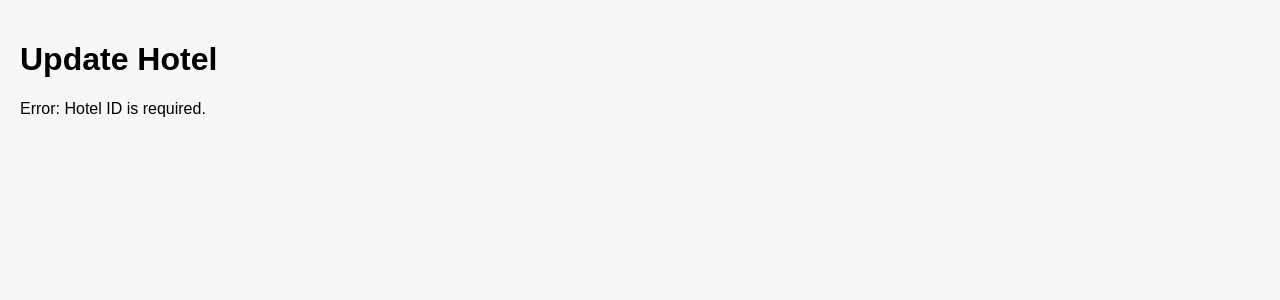
Repository: Trikisalem/examentp_jakarta
Page: http://localhost/hotel/admin/addHotel.jsp
The author's editor kept a copy of each file at every save. The page is drawn from the files as they stood at one save, then again after the next save.
The browser window is 1280 px wide. The pictures show the whole page.
The page is served by Tomcat 10. Nobody is signed in. The application's start-up code is not run. Other server files are loaded and not shown.

Above is the page before, as saved 2024-12-16 23:30:50.

### hotel/src/main/webapp/admin/addHotel.jsp
<%@ page language="java" contentType="text/html; charset=UTF-8" pageEncoding="UTF-8"%>
<%@ page import="java.sql.*" %>
<%@ page import="java.util.*" %>
<!DOCTYPE html>
<html lang="en">
<head>
    <meta charset="UTF-8">
    <meta name="viewport" content="width=device-width, initial-scale=1.0">
    <title>Update Hotel</title>
    <style>
        body {
            font-family: 'Arial', sans-serif;
            background-color: #f7f7f7;
            margin: 0;
            padding: 20px;
        }
        form {
            max-width: 600px;
            margin: auto;
            background-color: #fff;
            padding: 20px;
            border-radius: 8px;
            box-shadow: 0px 4px 6px rgba(0, 0, 0, 0.1);
        }
        input, textarea {
            width: 100%;
            padding: 10px;
            margin-bottom: 10px;
            border: 1px solid #ddd;
            border-radius: 4px;
        }
        button {
            background-color: #2196F3;
            color: white;
            padding: 10px;
            border: none;
            border-radius: 4px;
            cursor: pointer;
            width: 100%;
        }
        button:hover {
            background-color: #0b7dda;
        }
    </style>
</head>
<body>

<h1>Update Hotel</h1>

<%
    // Récupérer l'ID de l'hôtel depuis la requête
    String hotelIdStr = request.getParameter("hotelId");

    if (hotelIdStr == null || hotelIdStr.trim().isEmpty()) {
        out.println("<p>Error: Hotel ID is required.</p>");
        return; // Arrêter l'exécution si l'ID est manquant
    }

    int hotelId = Integer.parseInt(hotelIdStr);

    // Connexion à la base de données pour récupérer les détails de l'hôtel
    String url = "jdbc:mysql://localhost:3306/hotel_management";
    String user = "root";
    String password = "triki";
    Connection conn = null;
    PreparedStatement stmt = null;
    ResultSet rs = null;

    try {
        Class.forName("com.mysql.cj.jdbc.Driver");
        conn = DriverManager.getConnection(url, user, password);

        // Récupérer les informations de l'hôtel à mettre à jour
        String query = "SELECT * FROM Hotel WHERE id = ?";
        stmt = conn.prepareStatement(query);
        stmt.setInt(1, hotelId);
        rs = stmt.executeQuery();

        if (rs.next()) {
            String name = rs.getString("name");
            String city = rs.getString("city");
            int stars = rs.getInt("stars");
            String description = rs.getString("description");
            String image = rs.getString("image");
%>

<form method="post" action="updateHotel.jsp">
    <input type="hidden" name="hotelId" value="<%= hotelId %>" />
    <input type="text" name="name" value="<%= name %>" required />
    <input type="text" name="city" value="<%= city %>" required />
    <input type="number" name="stars" value="<%= stars %>" required />
    <textarea name="description" required><%= description %></textarea>
    <input type="text" name="image" value="<%= image %>" required />
    <button type="submit">Update Hotel</button>
</form>

<%
        } else {
            out.println("<p>Hotel not found.</p>");
        }

    } catch (Exception e) {
        e.printStackTrace();
        out.println("<p>Error: " + e.getMessage() + "</p>");
    } finally {
        if (rs != null) try { rs.close(); } catch (SQLException e) {}
        if (stmt != null) try { stmt.close(); } catch (SQLException e) {}
        if (conn != null) try { conn.close(); } catch (SQLException e) {}
    }
%>

<%
    // Traitement du formulaire de mise à jour
    if ("POST".equalsIgnoreCase(request.getMethod())) {
        String name = request.getParameter("name");
        String city = request.getParameter("city");
        String starsStr = request.getParameter("stars");
        String description = request.getParameter("description");
        String image = request.getParameter("image");
        String hotelIdToUpdate = request.getParameter("hotelId");

        if (hotelIdToUpdate == null || hotelIdToUpdate.trim().isEmpty()) {
            out.println("<p>Error: Hotel ID is required.</p>");
            return;
        }

        int stars = Integer.parseInt(starsStr);
        int hotelIdInt = Integer.parseInt(hotelIdToUpdate);

        try {
            conn = DriverManager.getConnection(url, user, password);
            String updateQuery = "UPDATE Hotel SET name = ?, city = ?, stars = ?, description = ?, image = ? WHERE id = ?";
            stmt = conn.prepareStatement(updateQuery);
            stmt.setString(1, name);
            stmt.setString(2, city);
            stmt.setInt(3, stars);
            stmt.setString(4, description);
            stmt.setString(5, image);
            stmt.setInt(6, hotelIdInt);

            int result = stmt.executeUpdate();
            if (result > 0) {
                out.println("<p>Hotel updated successfully!</p>");
            } else {
                out.println("<p>Error updating hotel.</p>");
            }

        } catch (Exception e) {
            e.printStackTrace();
            out.println("<p>Error: " + e.getMessage() + "</p>");
        } finally {
            if (stmt != null) try { stmt.close(); } catch (SQLException e) {}
            if (conn != null) try { conn.close(); } catch (SQLException e) {}
        }
    }
%>

</body>
</html>

After the next save:
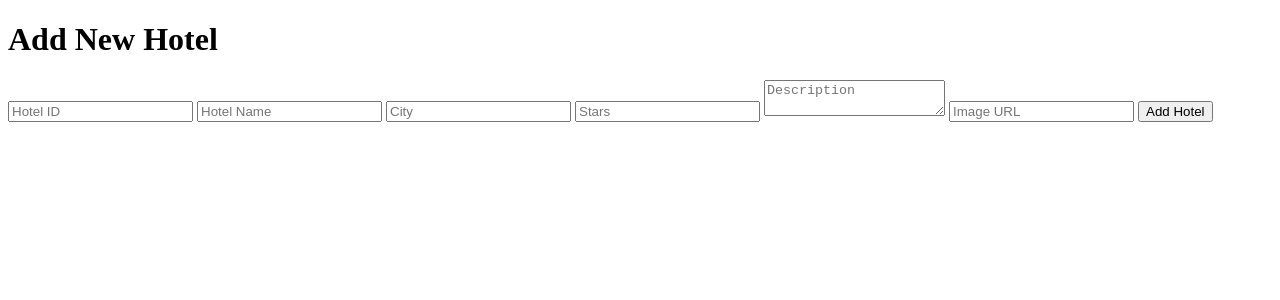
Saved 21 min 9 s later.
--- a/hotel/src/main/webapp/admin/addHotel.jsp
+++ b/hotel/src/main/webapp/admin/addHotel.jsp
@@ -6,143 +6,53 @@
 <head>
     <meta charset="UTF-8">
     <meta name="viewport" content="width=device-width, initial-scale=1.0">
-    <title>Update Hotel</title>
-    <style>
-        body {
-            font-family: 'Arial', sans-serif;
-            background-color: #f7f7f7;
-            margin: 0;
-            padding: 20px;
-        }
-        form {
-            max-width: 600px;
-            margin: auto;
-            background-color: #fff;
-            padding: 20px;
-            border-radius: 8px;
-            box-shadow: 0px 4px 6px rgba(0, 0, 0, 0.1);
-        }
-        input, textarea {
-            width: 100%;
-            padding: 10px;
-            margin-bottom: 10px;
-            border: 1px solid #ddd;
-            border-radius: 4px;
-        }
-        button {
-            background-color: #2196F3;
-            color: white;
-            padding: 10px;
-            border: none;
-            border-radius: 4px;
-            cursor: pointer;
-            width: 100%;
-        }
-        button:hover {
-            background-color: #0b7dda;
-        }
-    </style>
+    <title>Add Hotel</title>
 </head>
 <body>
 
-<h1>Update Hotel</h1>
+<h1>Add New Hotel</h1>
 
 <%
-    // Récupérer l'ID de l'hôtel depuis la requête
-    String hotelIdStr = request.getParameter("hotelId");
-
-    if (hotelIdStr == null || hotelIdStr.trim().isEmpty()) {
-        out.println("<p>Error: Hotel ID is required.</p>");
-        return; // Arrêter l'exécution si l'ID est manquant
-    }
-
-    int hotelId = Integer.parseInt(hotelIdStr);
-
-    // Connexion à la base de données pour récupérer les détails de l'hôtel
-    String url = "jdbc:mysql://localhost:3306/hotel_management";
-    String user = "root";
-    String password = "triki";
-    Connection conn = null;
-    PreparedStatement stmt = null;
-    ResultSet rs = null;
-
-    try {
-        Class.forName("com.mysql.cj.jdbc.Driver");
-        conn = DriverManager.getConnection(url, user, password);
-
-        // Récupérer les informations de l'hôtel à mettre à jour
-        String query = "SELECT * FROM Hotel WHERE id = ?";
-        stmt = conn.prepareStatement(query);
-        stmt.setInt(1, hotelId);
-        rs = stmt.executeQuery();
-
-        if (rs.next()) {
-            String name = rs.getString("name");
-            String city = rs.getString("city");
-            int stars = rs.getInt("stars");
-            String description = rs.getString("description");
-            String image = rs.getString("image");
-%>
-
-<form method="post" action="updateHotel.jsp">
-    <input type="hidden" name="hotelId" value="<%= hotelId %>" />
-    <input type="text" name="name" value="<%= name %>" required />
-    <input type="text" name="city" value="<%= city %>" required />
-    <input type="number" name="stars" value="<%= stars %>" required />
-    <textarea name="description" required><%= description %></textarea>
-    <input type="text" name="image" value="<%= image %>" required />
-    <button type="submit">Update Hotel</button>
-</form>
-
-<%
-        } else {
-            out.println("<p>Hotel not found.</p>");
-        }
-
-    } catch (Exception e) {
-        e.printStackTrace();
-        out.println("<p>Error: " + e.getMessage() + "</p>");
-    } finally {
-        if (rs != null) try { rs.close(); } catch (SQLException e) {}
-        if (stmt != null) try { stmt.close(); } catch (SQLException e) {}
-        if (conn != null) try { conn.close(); } catch (SQLException e) {}
-    }
-%>
-
-<%
-    // Traitement du formulaire de mise à jour
     if ("POST".equalsIgnoreCase(request.getMethod())) {
+        String idStr = request.getParameter("id");
         String name = request.getParameter("name");
         String city = request.getParameter("city");
         String starsStr = request.getParameter("stars");
         String description = request.getParameter("description");
         String image = request.getParameter("image");
-        String hotelIdToUpdate = request.getParameter("hotelId");
 
-        if (hotelIdToUpdate == null || hotelIdToUpdate.trim().isEmpty()) {
+        if (idStr == null || idStr.trim().isEmpty()) {
             out.println("<p>Error: Hotel ID is required.</p>");
             return;
         }
 
+        int id = Integer.parseInt(idStr);
         int stars = Integer.parseInt(starsStr);
-        int hotelIdInt = Integer.parseInt(hotelIdToUpdate);
+
+        String url = "jdbc:mysql://localhost:3306/hotel_management";
+        String user = "root";
+        String password = "triki";
+        Connection conn = null;
+        PreparedStatement stmt = null;
 
         try {
+            Class.forName("com.mysql.cj.jdbc.Driver");
             conn = DriverManager.getConnection(url, user, password);
-            String updateQuery = "UPDATE Hotel SET name = ?, city = ?, stars = ?, description = ?, image = ? WHERE id = ?";
-            stmt = conn.prepareStatement(updateQuery);
-            stmt.setString(1, name);
-            stmt.setString(2, city);
-            stmt.setInt(3, stars);
-            stmt.setString(4, description);
-            stmt.setString(5, image);
-            stmt.setInt(6, hotelIdInt);
+
+            String insertQuery = "INSERT INTO Hotel (id, name, city, stars, description, image) VALUES (?, ?, ?, ?, ?, ?)";
+            stmt = conn.prepareStatement(insertQuery);
+            stmt.setInt(1, id);
+            stmt.setString(2, name);
+            stmt.setString(3, city);
+            stmt.setInt(4, stars);
+            stmt.setString(5, description);
+            stmt.setString(6, image);
 
             int result = stmt.executeUpdate();
             if (result > 0) {
-                out.println("<p>Hotel updated successfully!</p>");
+                out.println("<p>Hotel added successfully!</p>");
             } else {
-                out.println("<p>Error updating hotel.</p>");
+                out.println("<p>Error adding hotel.</p>");
             }
 
         } catch (Exception e) {
@@ -155,5 +65,15 @@
     }
 %>
 
+<form method="post" action="addHotel.jsp">
+    <input type="number" name="id" placeholder="Hotel ID" required />
+    <input type="text" name="name" placeholder="Hotel Name" required />
+    <input type="text" name="city" placeholder="City" required />
+    <input type="number" name="stars" placeholder="Stars" required />
+    <textarea name="description" placeholder="Description" required></textarea>
+    <input type="text" name="image" placeholder="Image URL" required />
+    <button type="submit">Add Hotel</button>
+</form>
+
 </body>
 </html>
